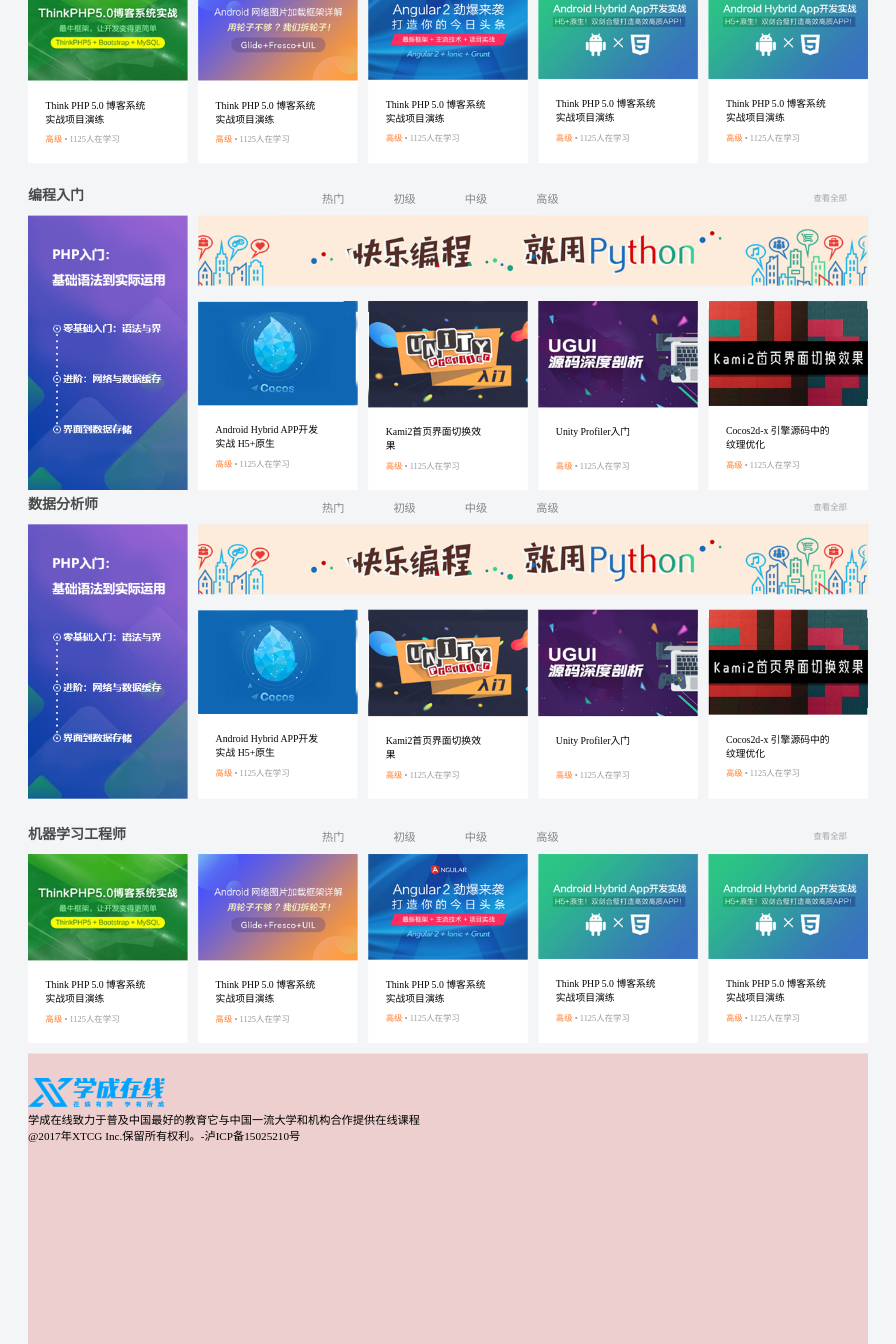
Repository: ywq0312/XueCheng
Page: index.html
These files come from the project's save history. The page is drawn as it stood at one moment and after a run of saves; the edit follows.
The browser window is 1280 px wide. The pictures show the part of the page from y = 990 to 2910 px (the page is 2910 px tall), at 70% of full size.

Above is the page before, as saved 2021-05-19 15:18:24.

After the next 21 saves:
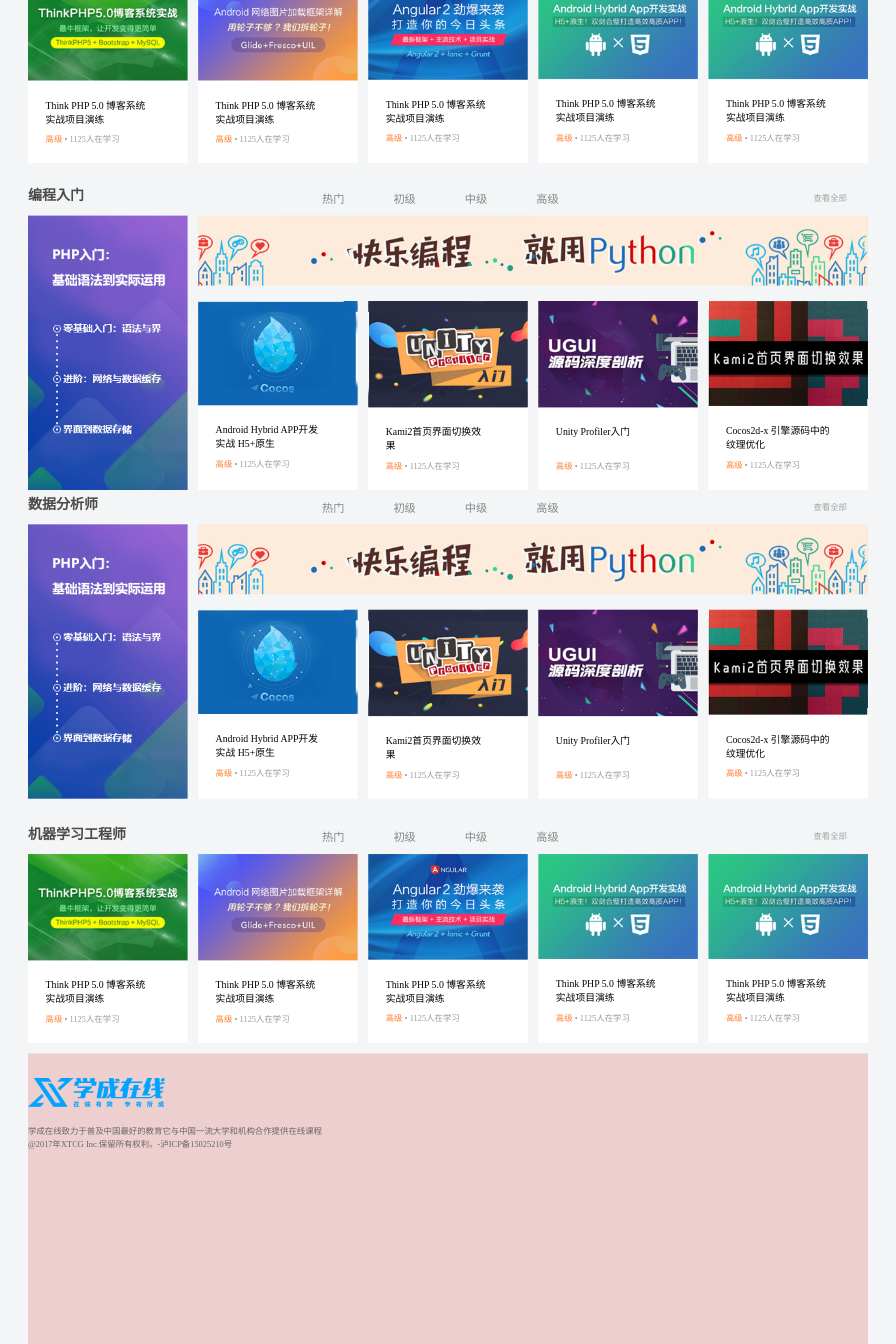
The 21 saves are shown as one change because they came seconds apart.
The last was saved 31 s later.
--- a/css/style.css
+++ b/css/style.css
@@ -300,6 +300,12 @@
 .copyright {
     float: left;
 }
+.copyright p{
+    font-size: 12px;
+    color: #666;
+    margin-top: 20px;
+    margin-bottom: 15px;
+}
 .links{
     float: right;
 }
